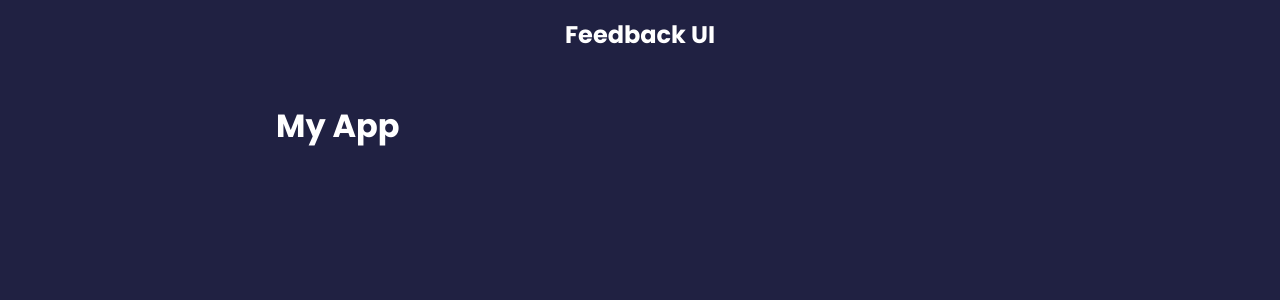
Repository: ErminiaDev/Feedback-app
Page: /
These files come from the project's save history. The page is drawn as it stood at one moment and after a run of saves; the edit follows.
The browser window is 1280 px wide. The pictures show the whole page.
The project was rebuilt for these pictures with package versions that can differ from the ones it lists, and the page was loaded fresh each time.

Above is the page before, as saved 2023-02-06 16:57:31.

After the next 4 saves:
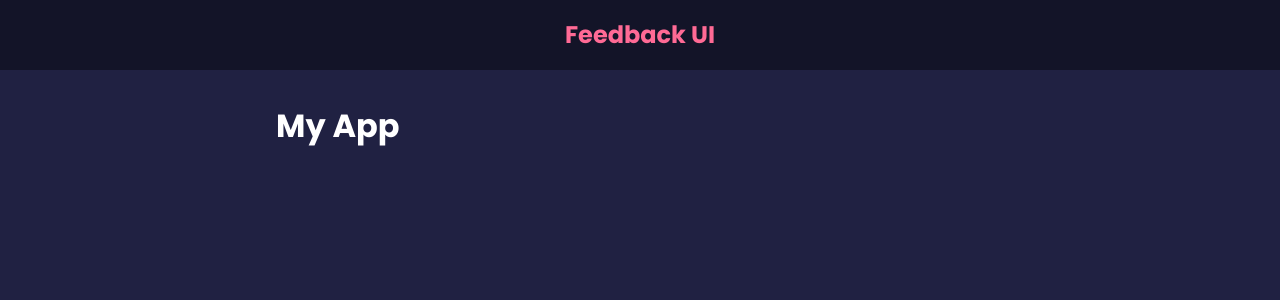
The 4 saves are shown as one change because they came seconds apart.
The last was saved 10 s later.
--- a/src/components/header.jsx
+++ b/src/components/header.jsx
@@ -7,7 +7,7 @@ const Header = ({ text, bgColor, textColor }) => {
 	}
 
 	return (
-		<header>
+		<header style={headerStyles}>
 			<div className="container">
 				<h2>{text}</h2>
 			</div>
